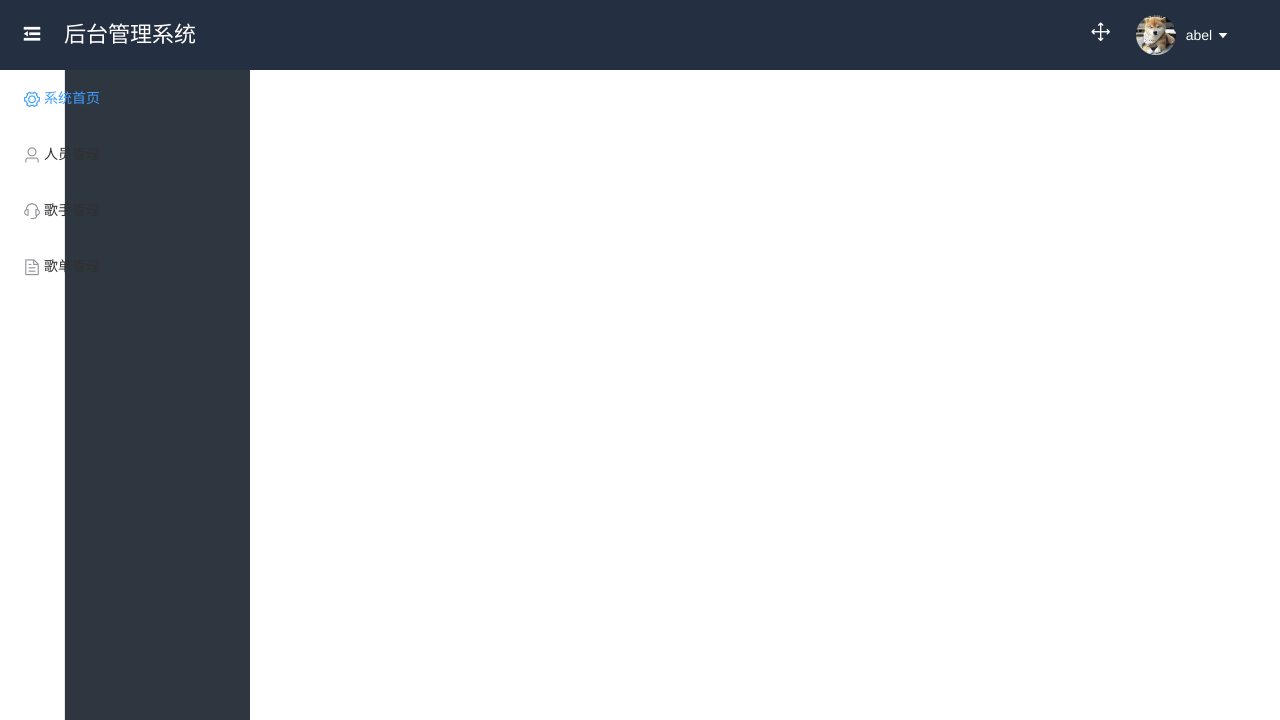
Repository: abel-chai/music-player
Page: /#/Home (app in music-player-manager/)
These files come from the project's save history. The page is drawn as it stood at one moment and after the next save; the edit follows.
The browser window is 1280 px wide. The pictures show the whole page.
The project was rebuilt for these pictures with package versions that can differ from the ones it lists, and the page was loaded fresh each time. Also part of the build but not shown: music-player-manager/vue.config.js, music-player-manager/src/pages/Login.vue, music-player-manager/src/pages/Info.vue, music-player-manager/src/pages/Client.vue, music-player-manager/src/pages/Admin.vue, music-player-manager/src/pages/Singer.vue, music-player-manager/src/pages/Sheet.vue.

Above is the page before, as saved 2022-10-25 00:51:37.

After the next save:
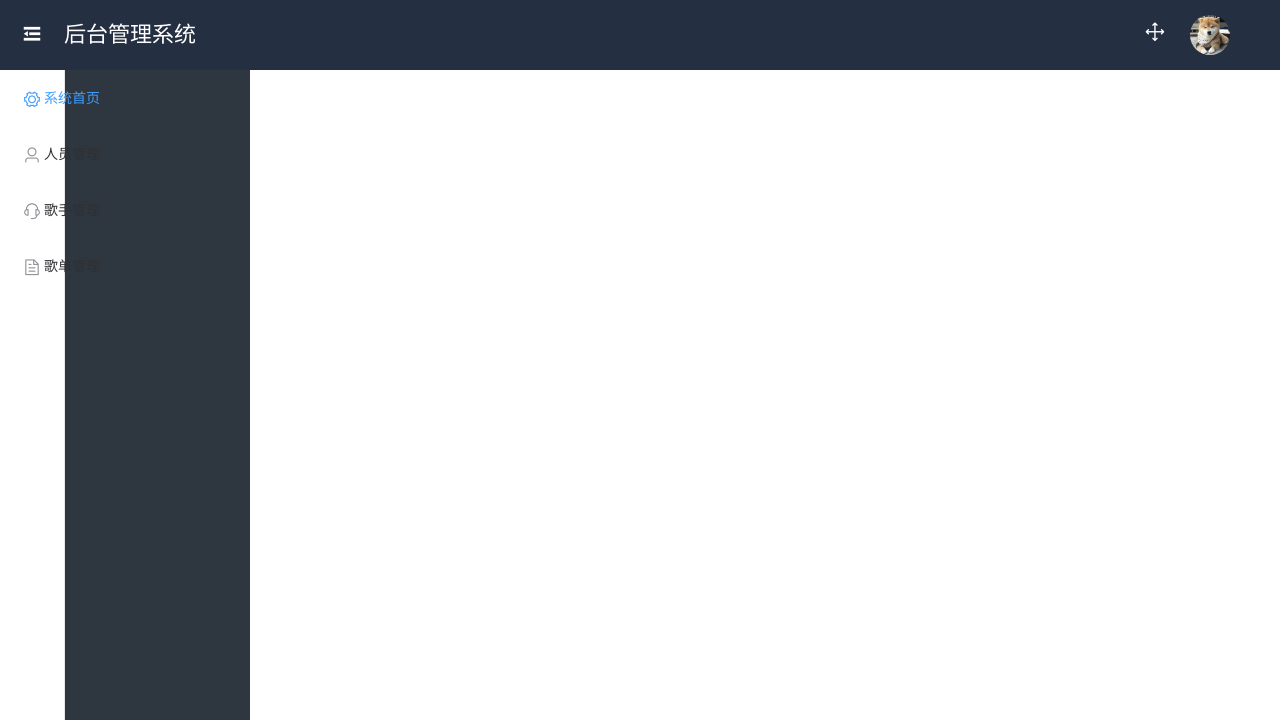
Saved 52 s later.
--- a/music-player-manager/src/components/Top.vue
+++ b/music-player-manager/src/components/Top.vue
@@ -19,10 +19,10 @@
         </div>
         <!-- 用户名下拉菜单 -->
         <el-dropdown class="user-name" trigger="click" @command="handleCommand">
-          <span class="el-dropdown-link">
+          <!-- <span class="el-dropdown-link">
             {{username}}
             <i class="el-icon-caret-bottom"></i>
-          </span>
+          </span> -->
           <el-dropdown-menu slot="dropdown">
             <el-dropdown-item divided command="loginout">退出登录</el-dropdown-item>
           </el-dropdown-menu>

After the save that followed:
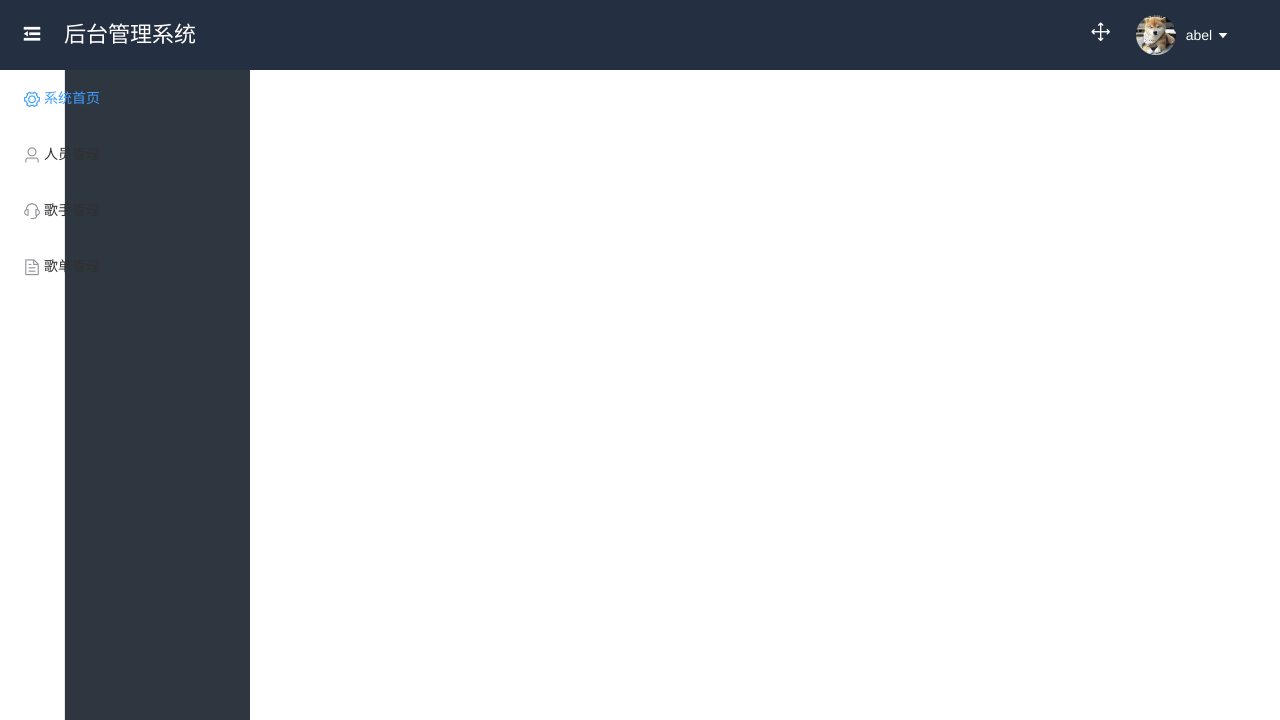
Saved 7 s later.
--- a/music-player-manager/src/components/Top.vue
+++ b/music-player-manager/src/components/Top.vue
@@ -19,10 +19,10 @@
         </div>
         <!-- 用户名下拉菜单 -->
         <el-dropdown class="user-name" trigger="click" @command="handleCommand">
-          <!-- <span class="el-dropdown-link">
+          <span class="el-dropdown-link">
             {{username}}
             <i class="el-icon-caret-bottom"></i>
-          </span> -->
+          </span>
           <el-dropdown-menu slot="dropdown">
             <el-dropdown-item divided command="loginout">退出登录</el-dropdown-item>
           </el-dropdown-menu>
